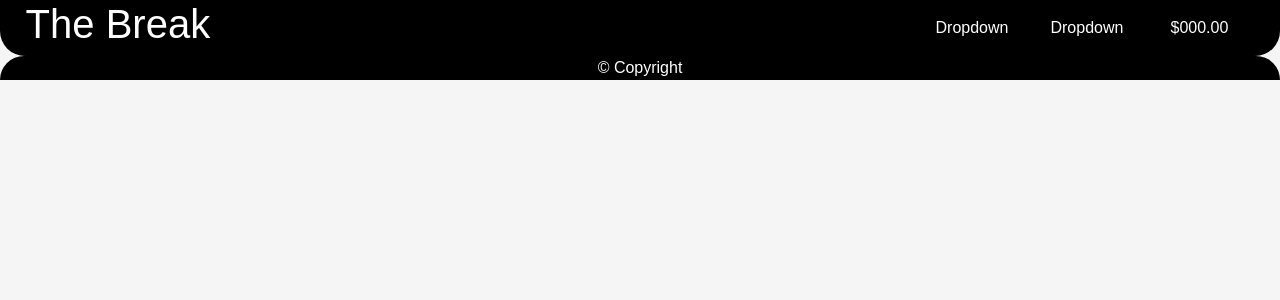
Repository: akottu/The-Break-Podcast
Page: index.html
The author's editor kept a copy of each file at every save. The page is drawn from the files as they stood at one save, then again after the next save.
The browser window is 1280 px wide. The pictures show the whole page.
Some web fonts or font styles are not loaded; a fallback is used.

Above is the page before, as saved 2019-12-20 01:15:03.

### index.html
<!DOCTYPE html>
<!--[if lt IE 7]>      <html class="no-js lt-ie9 lt-ie8 lt-ie7"> <![endif]-->
<!--[if IE 7]>         <html class="no-js lt-ie9 lt-ie8"> <![endif]-->
<!--[if IE 8]>         <html class="no-js lt-ie9"> <![endif]-->
<!--[if gt IE 8]><!-->
<html class="no-js">
<!--<![endif]-->

<head>
    <meta charset="utf-8">
    <meta http-equiv="X-UA-Compatible" content="IE=edge">
    <title>Harbinger</title>
    <meta name="description" content="">
    <meta name="viewport" content="width=device-width, initial-scale=1">
    <link href="https://fonts.googleapis.com/css?family=Amaranth|Barlow+Semi+Condensed|Coda|Orbitron|Play&display=swap" rel="stylesheet">
    <link rel="stylesheet" href="https://stackpath.bootstrapcdn.com/bootstrap/4.3.1/css/bootstrap.min.css" integrity="sha384-ggOyR0iXCbMQv3Xipma34MD+dH/1fQ784/j6cY/iJTQUOhcWr7x9JvoRxT2MZw1T" crossorigin="anonymous">
    <link rel="stylesheet" href="assets/css/style.css">
</head>

<body>

    <header>
        <h1>The Break</h1>
        <div class="dropdown">
            <button class="dropbtn">$000.00</button>
            <div class="dropdown-content">
                <a href="#">Link 1</a>
                <a href="#">Link 2</a>
                <a class="dropdown-content-last" href="#">Link 3</a>
            </div>
        </div>
        <div class="dropdown">
            <button class="dropbtn">Dropdown</button>
            <div class="dropdown-content">
                <a href="#">Link 1</a>
                <a href="#">Link 2</a>
                <a class="dropdown-content-last" href="#">Link 3</a>
            </div>
        </div>
        <div class="dropdown">
            <button class="dropbtn">Dropdown</button>
            <div class="dropdown-content">
                <a href="#">Link 1</a>
                <a href="#">Link 2</a>
                <a class="dropdown-content-last" href="#">Link 3</a>
            </div>
        </div>

    </header>

    <div class="body-container">





    </div>

    <footer>
        &copy Copyright
    </footer>

    <script src="https://code.jquery.com/jquery-3.3.1.slim.min.js " integrity="sha384-q8i/X+965DzO0rT7abK41JStQIAqVgRVzpbzo5smXKp4YfRvH+8abtTE1Pi6jizo " crossorigin="anonymous "></script>
    <script src="https://cdnjs.cloudflare.com/ajax/libs/popper.js/1.14.7/umd/popper.min.js " integrity="sha384-UO2eT0CpHqdSJQ6hJty5KVphtPhzWj9WO1clHTMGa3JDZwrnQq4sF86dIHNDz0W1 " crossorigin="anonymous "></script>
    <script src="https://stackpath.bootstrapcdn.com/bootstrap/4.3.1/js/bootstrap.min.js " integrity="sha384-JjSmVgyd0p3pXB1rRibZUAYoIIy6OrQ6VrjIEaFf/nJGzIxFDsf4x0xIM+B07jRM " crossorigin="anonymous "></script>
    <script src="assets/javascript/javascript.js " async defer></script>
</body>

</html>

### assets/css/style.css
/* default settings */

body {
font-family: 'Acme', sans-serif;
    background: whitesmoke;
}


/* header section */

header {
font-family: 'Acme', sans-serif;
    width: 100%;
    height: 56px;
    background: black;
    color: white;
    padding: 0% 2%;
    border-radius: 0px 0px 25px 25px;
    position: sticky;
    top: 0;
    z-index: 1;
}

header h1 {
    float: left;
    height: 56px;
    margin: 0px;
}


/* hover dropdowns */

.dropbtn {
    height: 56px;
font-family: 'Acme', sans-serif;
    min-width: 100px;
    background-color: black;
    color: white;
    padding: 16px;
    font-size: 16px;
    border: none;
    border-radius: 25px 25px 0px 0px;
}

.dropdown {
    margin: 0px 5px;
    float: right;
    position: relative;
    display: inline-block;
}

.dropdown-content {
    text-align: center;
    display: none;
    position: absolute;
    background-color: #f1f1f1;
    width: 100px;
    box-shadow: 0px 8px 16px 0px rgba(0, 0, 0, 0.2);
    z-index: 1;
    border-radius: 0px 0px 25px 25px;
}

.dropdown-content a {
    color: black;
    padding: 12px 16px;
    text-decoration: none;
    display: block;
}

.dropdown-content a:hover {
    background-color: #ddd;
}

.dropdown:hover .dropdown-content {
    display: block;
}

.dropdown:hover .dropbtn {
    background-color: #ddd;
    color: black;
}

.dropdown-content-last {
    border-radius: 0px 0px 25px 25px;
}


/* footer section */

footer {
    width: 100%;
    text-align: center;
    background: black;
    color: white;
    border-radius: 25px 25px 0px 0px;
}

Loaded but not shown: assets/javascript/javascript.js (no copy from this time; the picture is the same without it)

After the next save:
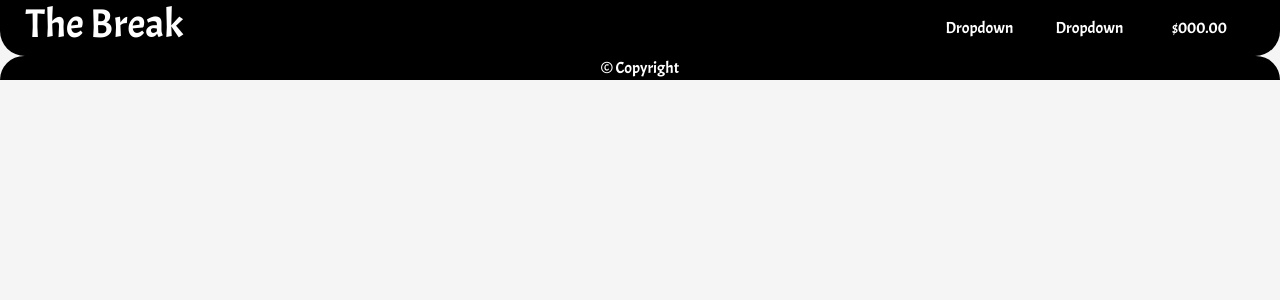
Saved 44 s later.
--- a/index.html
+++ b/index.html
@@ -12,6 +12,7 @@
     <title>Harbinger</title>
     <meta name="description" content="">
     <meta name="viewport" content="width=device-width, initial-scale=1">
+    <link href="https://fonts.googleapis.com/css?family=Acme|Neucha&display=swap" rel="stylesheet">
     <link href="https://fonts.googleapis.com/css?family=Amaranth|Barlow+Semi+Condensed|Coda|Orbitron|Play&display=swap" rel="stylesheet">
     <link rel="stylesheet" href="https://stackpath.bootstrapcdn.com/bootstrap/4.3.1/css/bootstrap.min.css" integrity="sha384-ggOyR0iXCbMQv3Xipma34MD+dH/1fQ784/j6cY/iJTQUOhcWr7x9JvoRxT2MZw1T" crossorigin="anonymous">
     <link rel="stylesheet" href="assets/css/style.css">
